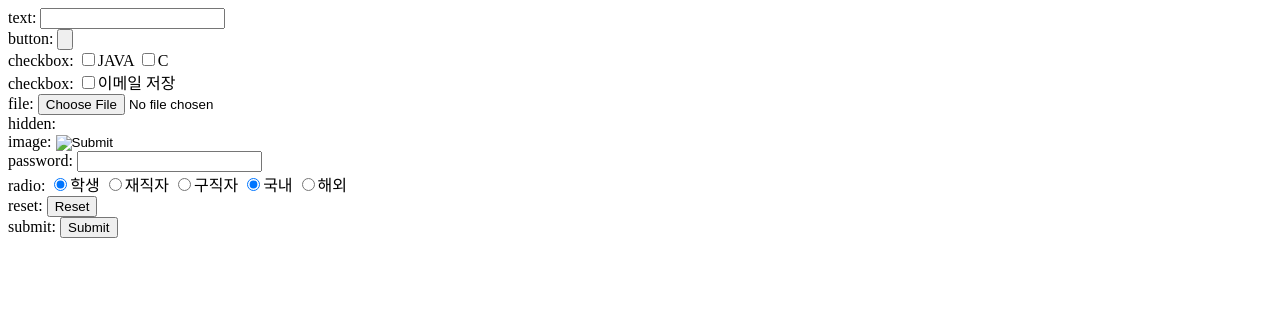
Repository: soso1525/bitcamp
Page: workspace/java-web/src/main/webapp/ch2/2-38.html
An editor plug-in stored every save of this project. The page is shown before and after the next save, followed by the edit.
The browser window is 1280 px wide. The pictures show the whole page.

Above is the page before, as saved 2017-12-12 07:18:42.

After the next save:
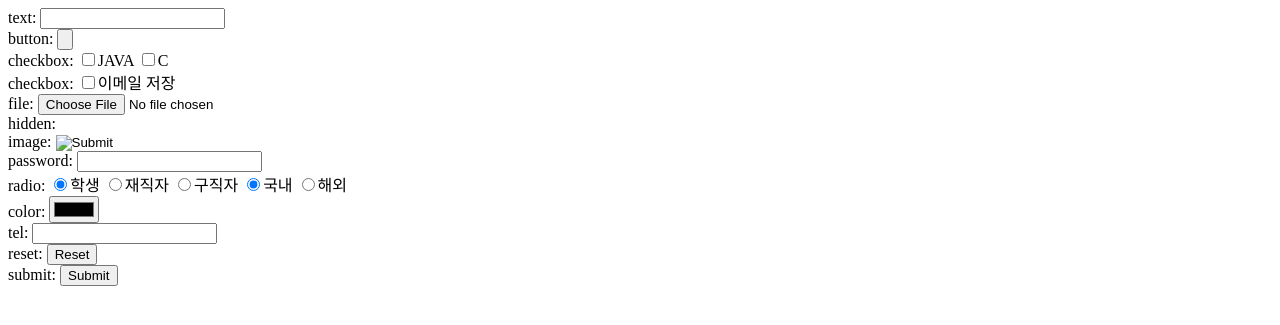
Saved 102 s later.
--- a/workspace/java-web/src/main/webapp/ch2/2-38.html
+++ b/workspace/java-web/src/main/webapp/ch2/2-38.html
@@ -19,6 +19,9 @@
                <input type="radio" name="type" value="jobseeker"/>구직자
                <input type="radio" name="oversea" value="in" checked/>국내
                <input type="radio" name="oversea" value="out"/>해외 <br/>
+
+        color: <input type="color"><br>
+        tel: <input type="tel"><br>
         reset: <input type="reset" /><br />
         submit: <input type="submit" />
     </form>
